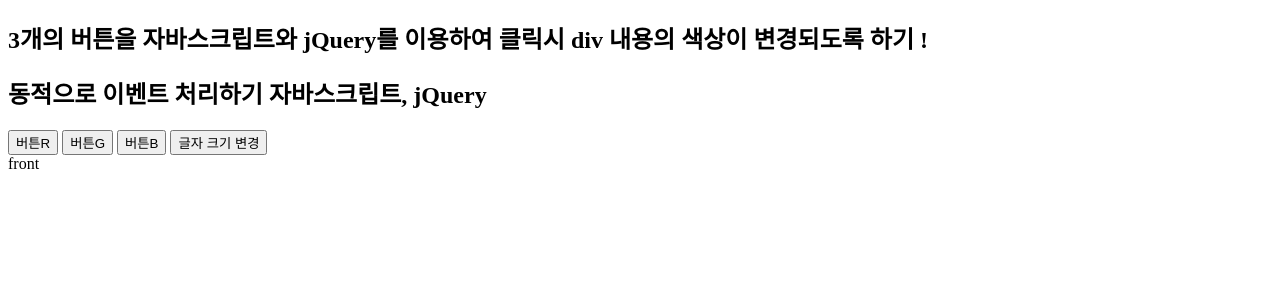
Repository: GTEM0/Acorn-classEdue2-java2-
Page: ajaxPrj_09_6/src/main/webapp/실습과제.html
The author's editor kept a copy of each file at every save. The page is drawn from the files as they stood at one save, then again after the next save.
The browser window is 1280 px wide. The pictures show the whole page.

Above is the page before, as saved 2023-09-06 02:34:11.

After the next save:
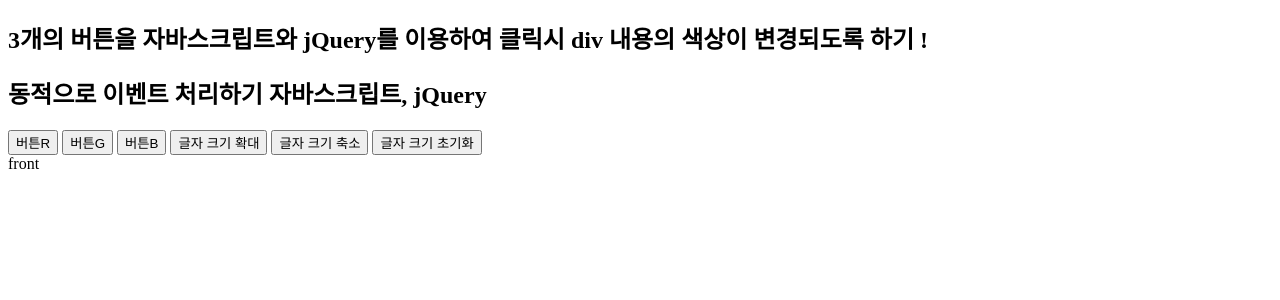
Saved 3 min 31 s later.
--- a/ajaxPrj_09_6/src/main/webapp/실습과제.html
+++ b/ajaxPrj_09_6/src/main/webapp/실습과제.html
@@ -19,12 +19,35 @@
 		$("#wrap").css("color", "blue");
 	}
 
-	function changeFontSize() {
-		let heading = document.querySelector("h2");
-		let currentSize = parseInt(window.getComputedStyle(heading).fontSize);
-		let newSize = currentSize + 2;
-		heading.style.fontSize = newSize + "px";
-	}
+	$(function(){
+            let basicFont = 12; // 기본 폰트 크기를 12px로 지정
+
+            $(".zoomIn").click(function(){ // zoomIn을 누르면, 함수 발생
+                basicFont++; // basicFont는 1씩 계속 증가하고,
+
+                // 20 넘어가면 20에서 동작 멈춤
+                if( basicFont > 20 ) {basicFont = 20; return false;}
+
+                	// 기존에 크기가 몇인지 알려주던 p 태그의 텍스트도 현재 폰트 크기랑 같이 변경
+                    $(".fontSize").text(basicFont + "px");
+                    // txtBox의 폰트 크기는, 변수 basicFont 크기대로 감
+                    $("#txtBox").css("font-size", basicFont);
+            });
+
+            $(".zoomOut").click(function(){ // zoomOut을 누르면, 함수 발생
+                basicFont--; // basicFont가 1씩 계속 감소
+
+                // 10 이하로 내려가면 10에서 동작 멈춤
+                if( basicFont < 10 ) {basicFont = 10; return false;}
+                    $(".fontSize").text(basicFont + "px");
+                    $("#txtBox").css("font-size", basicFont);
+            });
+
+            $(".origin").click(function(){
+                $(".fontSize").text("12px");
+                $("#txtBox").css("font-size", "12px");
+            });
+        });
 </script>
 </head>
 <body>
@@ -35,7 +58,9 @@
 <button id="btn1" onclick="changeCss()">버튼R</button>
 <button id="btn2" onclick="changeCss2()">버튼G</button>
 <button id="btn3" onclick="changeCss3()">버튼B</button>
-<button id="btn4" onclick="changeFontSize()">글자 크기 변경</button>
+<button id="btn4" onclick="zoomIn()">글자 크기 확대</button>
+<button id="btn4" onclick="zoomOut()">글자 크기 축소</button>
+<button id="btn4" onclick="origin()">글자 크기 초기화</button>
 
 <div id="wrap">  front </div>
 </body>
